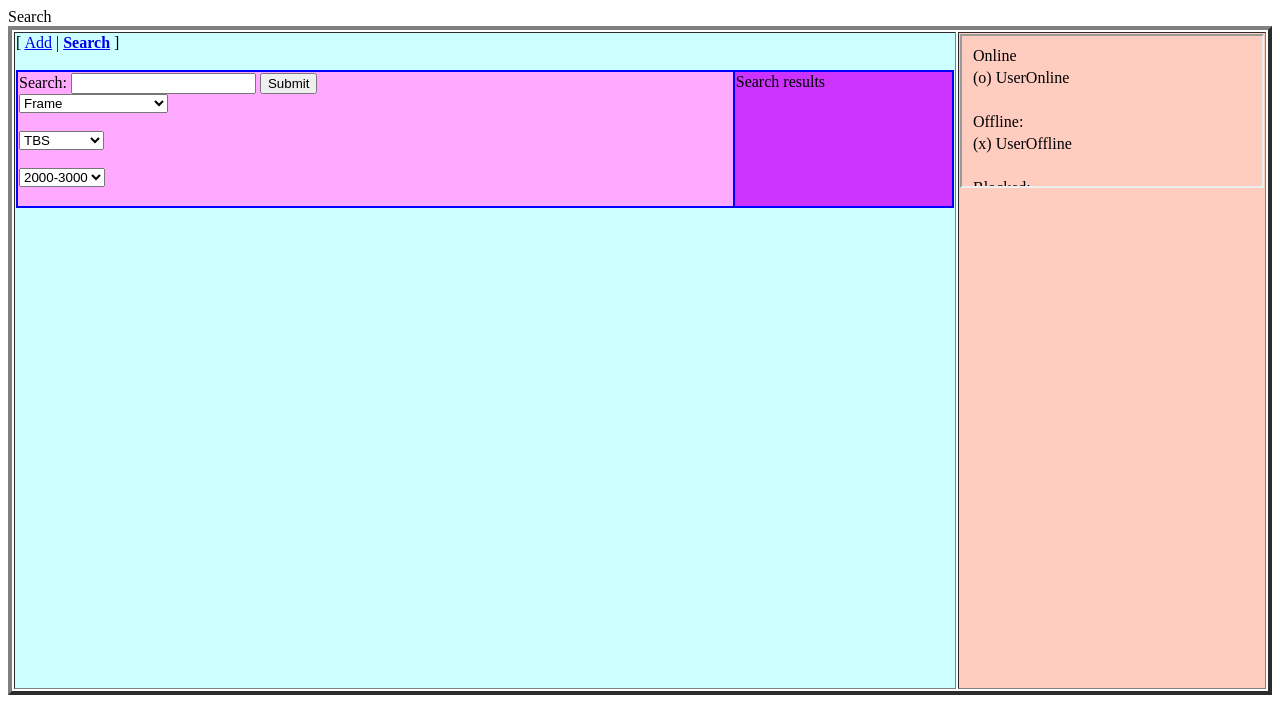
Repository: nevinleiby/SwapRC
Page: search_interface.html
An editor plug-in stored every save of this project. The page is shown before and after the next save, followed by the edit.
The browser window is 1280 px wide. The pictures show the whole page.

Above is the page before, as saved 2019-09-08 22:27:31.

After the next save:
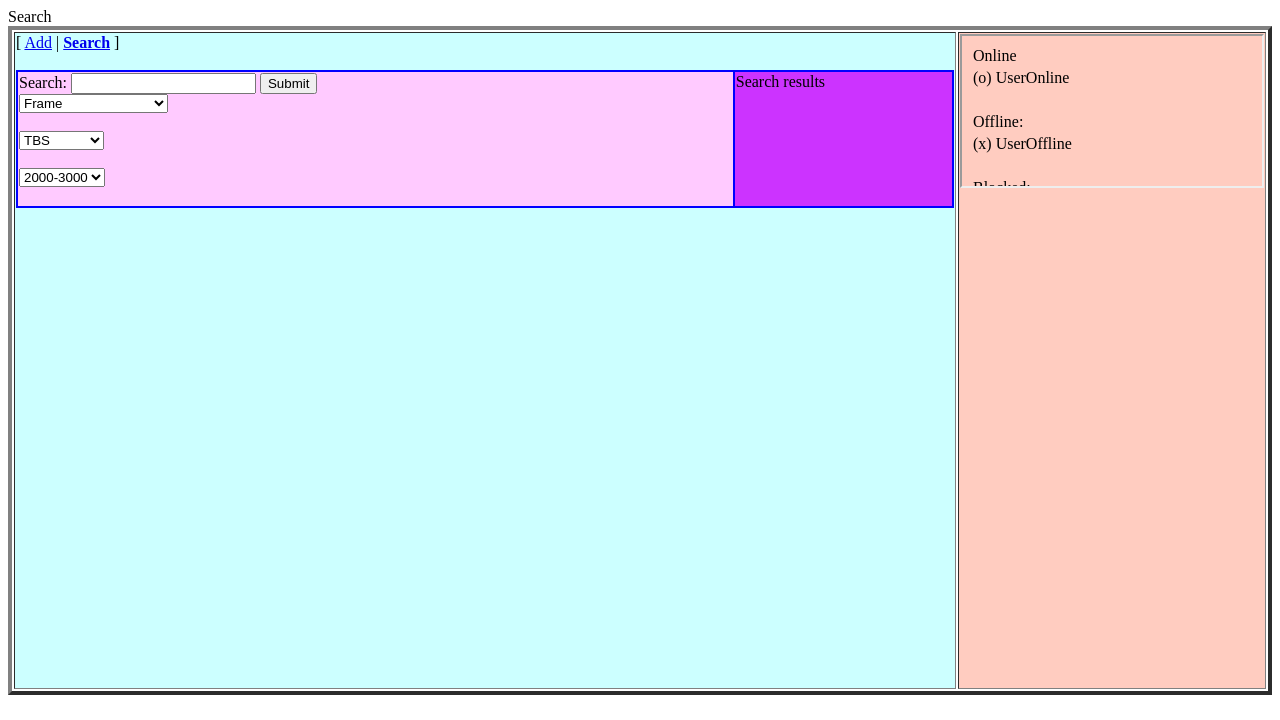
Saved 26 s later.
--- a/search_interface.html
+++ b/search_interface.html
@@ -16,7 +16,7 @@
                         <br>
                         <table width=100% bgcolor=blue>
                             <tr>
-                                <td valign=top bgcolor="#ffaaff">
+                                <td valign=top bgcolor="#ffcaff">
                                     Search:
                                     <input type=text name="search">
                                     <input type=submit name="submit">

After the save that followed:
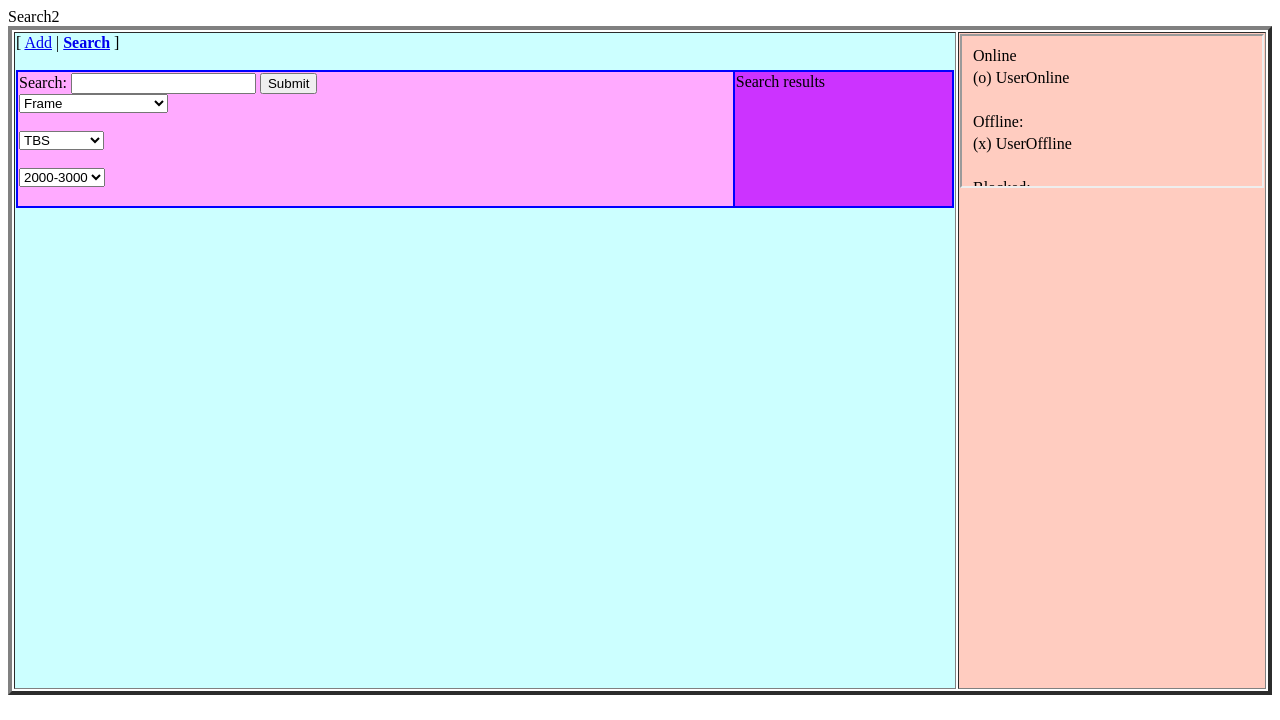
Saved 12 s later.
--- a/search_interface.html
+++ b/search_interface.html
@@ -3,7 +3,7 @@
         SwapRC : Search
     </title>
     <body>
-            Search
+            Search2
             <br>
             <table border=4 width=100% height=95%>
                 <tr border=4 height=100% bgcolor=yellow>
@@ -16,7 +16,7 @@
                         <br>
                         <table width=100% bgcolor=blue>
                             <tr>
-                                <td valign=top bgcolor="#ffcaff">
+                                <td valign=top bgcolor="#ffaaff">
                                     Search:
                                     <input type=text name="search">
                                     <input type=submit name="submit">
